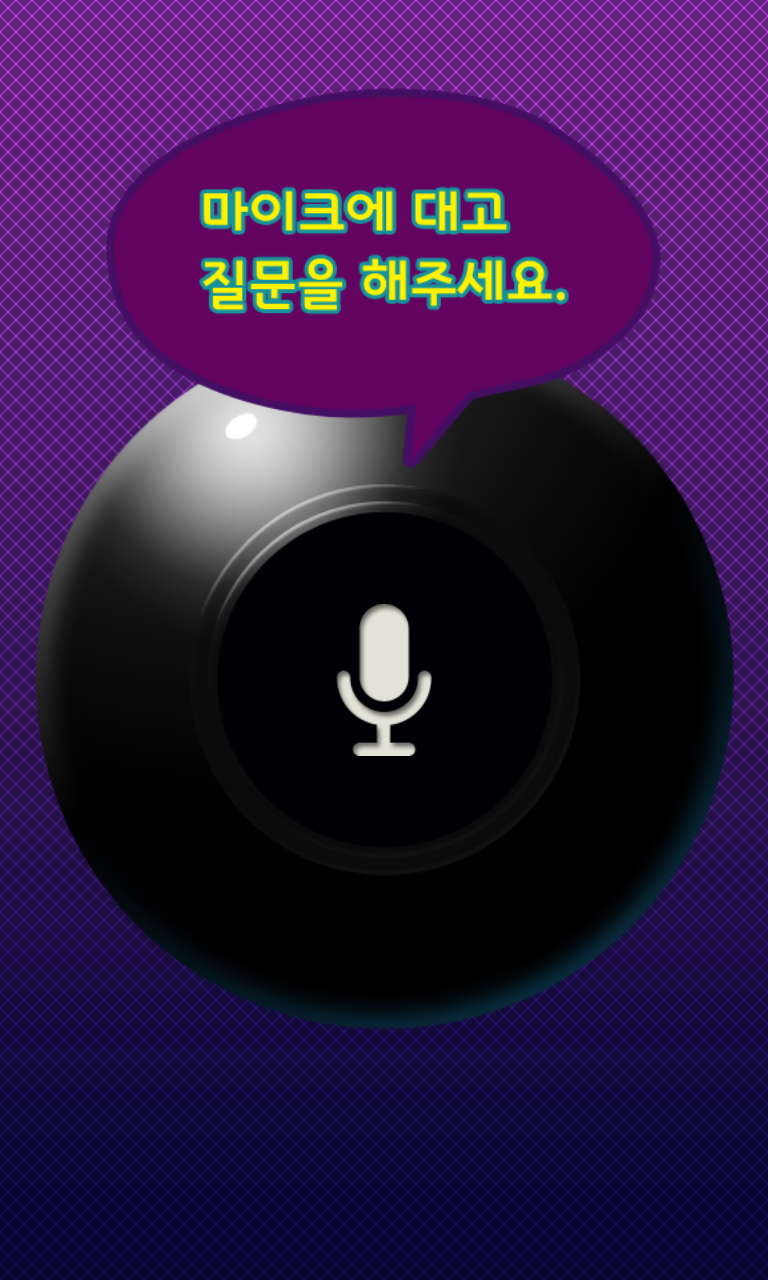
Repository: LimHeeJho/masicBall
Layout: MagicBall/res/layout/activity_main.xml
These files come from the project's save history. The layout is drawn as it stood at one moment and after the next save; the edit follows.
It is drawn on a 768 x 1280 px phone screen (xhdpi) without system bars, with theme AppTheme; the app's code is not run.

Above is the layout before, as saved 2013-07-17 08:26:04.

After the next save:
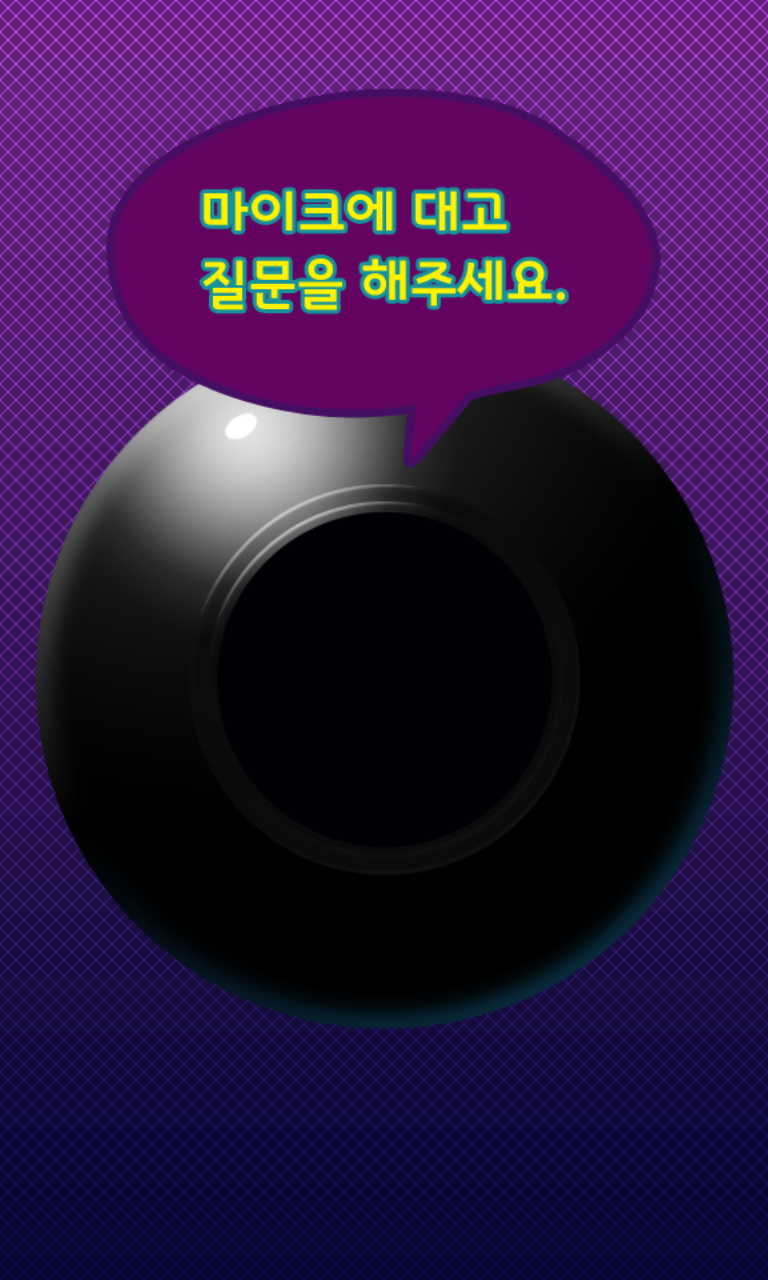
Saved 53 s later.
--- a/MagicBall/res/layout/activity_main.xml
+++ b/MagicBall/res/layout/activity_main.xml
@@ -24,14 +24,6 @@
                 android:layout_alignParentTop="true"
                 android:layout_centerHorizontal="true"
                 android:src="@drawable/ball" />
-
-            <ImageView
-                android:id="@+id/mic"
-                android:layout_width="wrap_content"
-                android:layout_height="wrap_content"
-                android:layout_centerHorizontal="true"
-                android:layout_centerVertical="true"
-                android:src="@drawable/mic" />
         </RelativeLayout>
 
         <ImageView

After the save that followed:
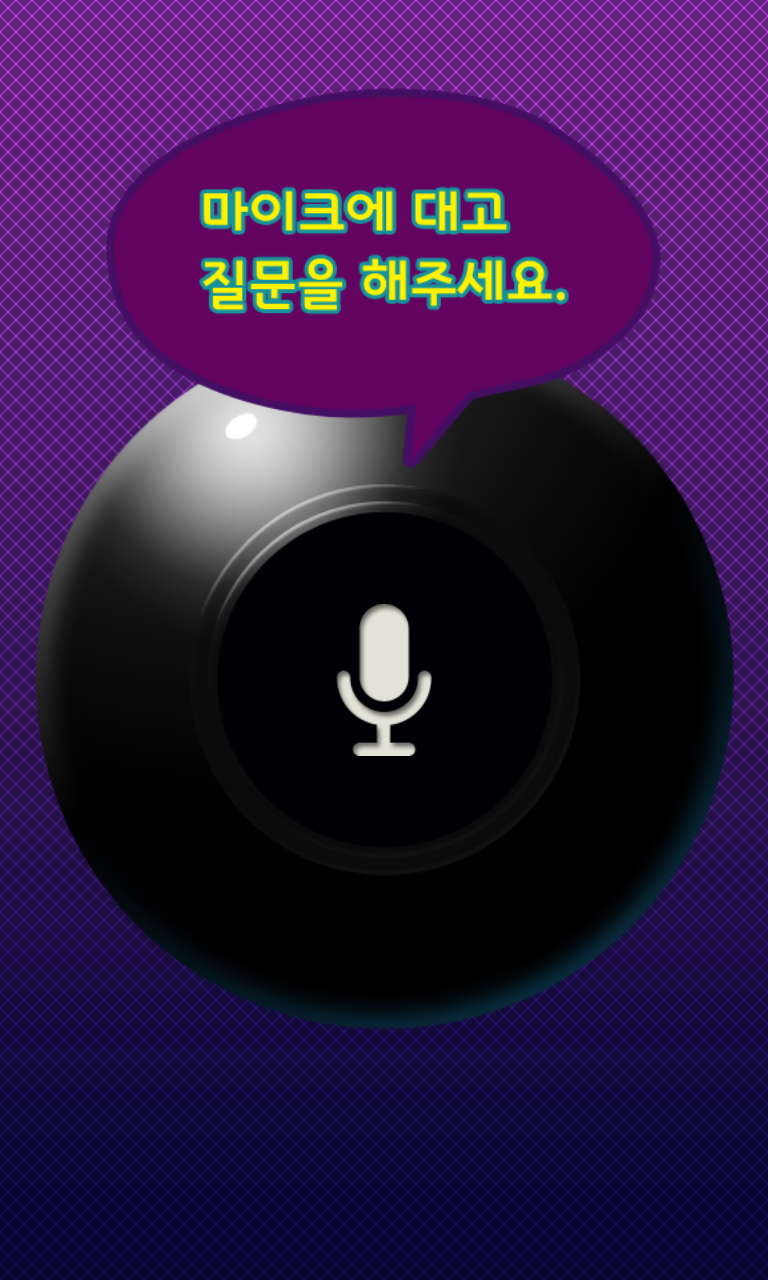
Saved 15 s later.
--- a/MagicBall/res/layout/activity_main.xml
+++ b/MagicBall/res/layout/activity_main.xml
@@ -24,6 +24,14 @@
                 android:layout_alignParentTop="true"
                 android:layout_centerHorizontal="true"
                 android:src="@drawable/ball" />
+
+            <ImageView
+                android:id="@+id/mic"
+                android:layout_width="wrap_content"
+                android:layout_height="wrap_content"
+                android:layout_centerHorizontal="true"
+                android:layout_centerVertical="true"
+                android:src="@drawable/mic" />
         </RelativeLayout>
 
         <ImageView
